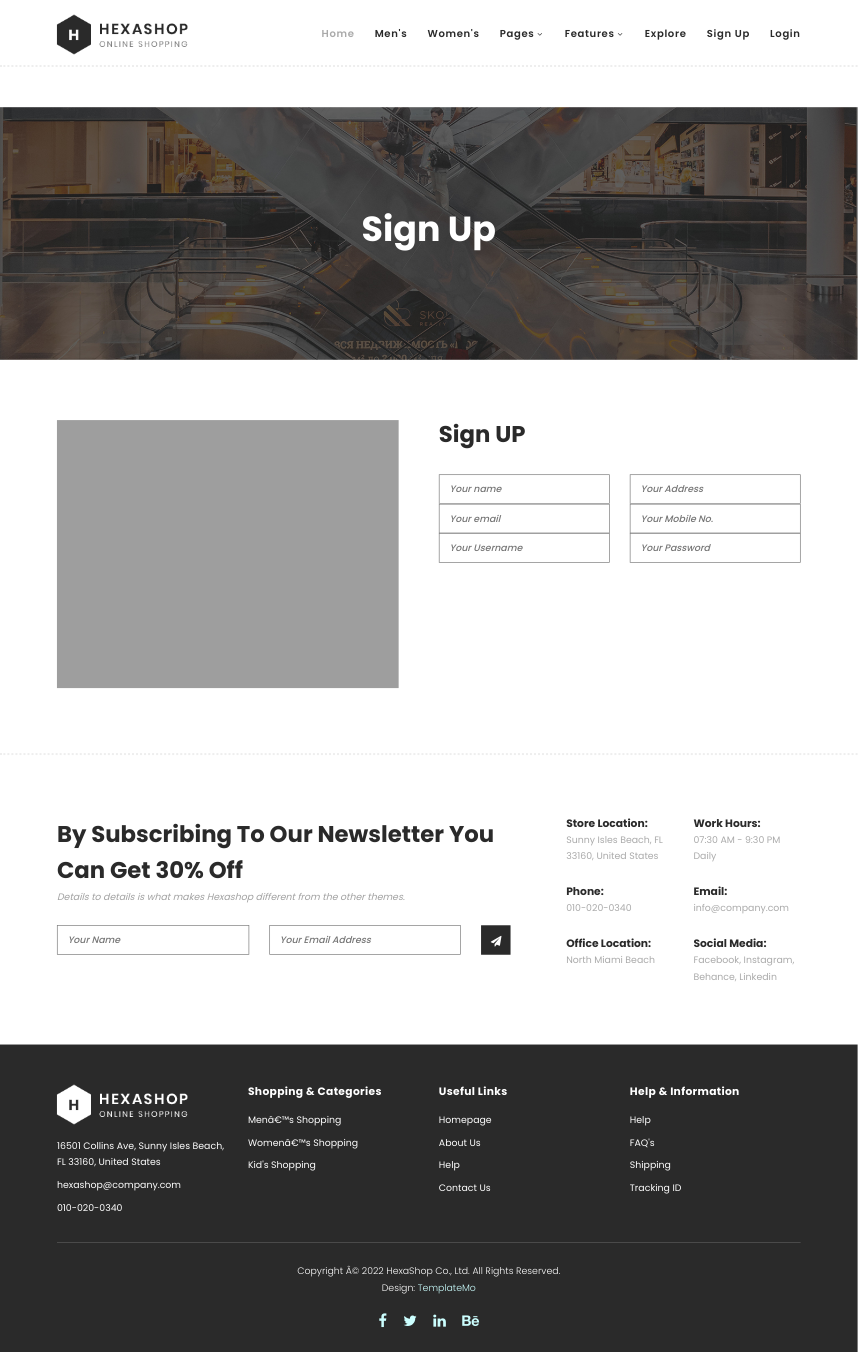
Repository: anmoltrivedi2111/JAVA
Page: http://localhost/HexaShop/Signup.jsp
The author's editor kept a copy of each file at every save. The page is drawn from the files as they stood at one save, then again after the next save.
The browser window is 1280 px wide. The pictures show the whole page, at 67% of full size.
Pictures or frames that could not be fetched are drawn as grey boxes. The page is served by Tomcat 9.

Above is the page before, as saved 2025-05-21 05:38:23.
Console error: TypeError: Cannot read properties of undefined (reading 'top')

After the next save:
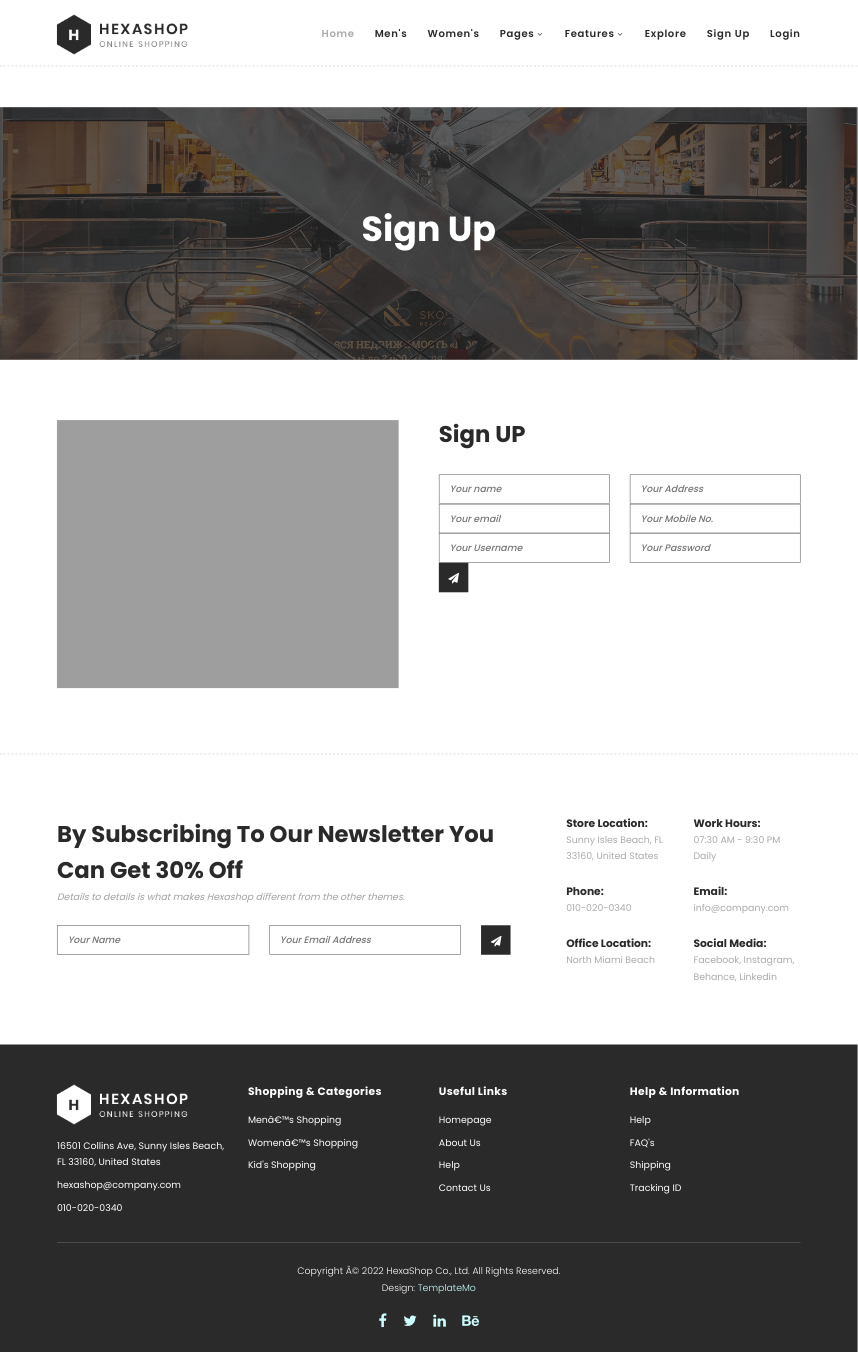
Saved 112 s later.
--- a/eclipse-workspace/HexaShop/src/main/webapp/Signup.jsp
+++ b/eclipse-workspace/HexaShop/src/main/webapp/Signup.jsp
@@ -66,6 +66,11 @@
                               <input name="pw" type="password" id="email" placeholder="Your Password" required="">
                             </fieldset>
                             </div>
+                            <div class="col-lg-2">
+                            <fieldset>
+                              <button type="submit" id="form-submit" class="main-dark-button"><i class="fa fa-paper-plane"></i></button>
+                            </fieldset>
+                          </div>
                         </div>
                       </form>
                 </div>
